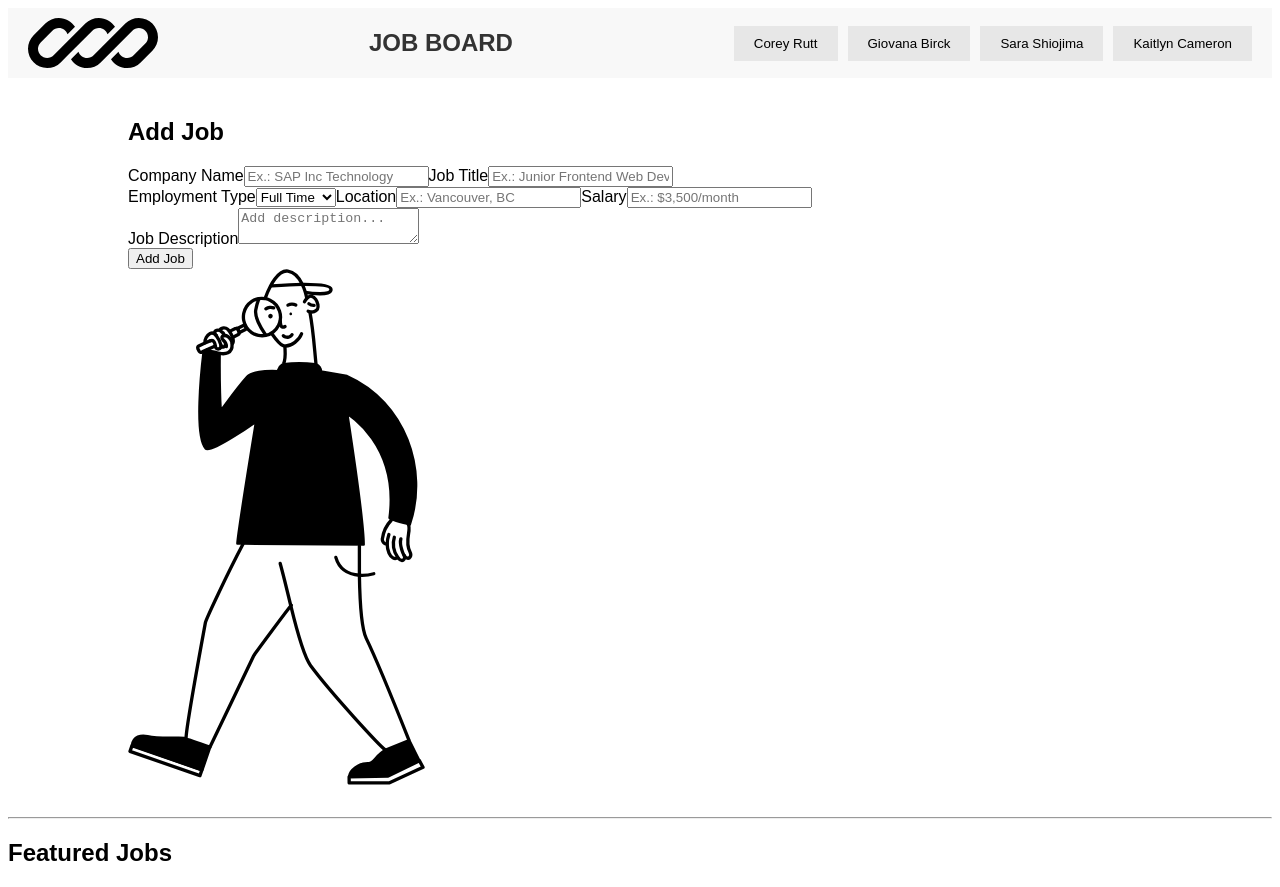
Repository: kcameron37/Final-Project-FrontEnd
Page: /
The author's editor kept a copy of each file at every save. The page is drawn from the files as they stood at one save, then again after the next save.
The browser window is 1280 px wide. The pictures show the whole page.
The project was rebuilt for these pictures with package versions that can differ from the ones it lists, and the page was loaded fresh each time.

Above is the page before, as saved 2023-11-14 20:03:25.

### src/App.js
import React, { useState } from 'react';

import styles from './styles.css';

import JobList from './components/JobList.js';
import AddJob from './components/AddJob.js';
import NavBar from './components/NavBar.js';


export default function App() {
  const [jobs, setJobs] = useState([]);

  const addJob = (job) => {
    setJobs([...jobs, job]);
  };

  const deleteJob = (index) => {
    const newJobs = jobs.filter((_, idx) => idx !== index);
    setJobs(newJobs);
  };

  return (
    <div className="App">
      <NavBar />
      <AddJob addJob={addJob} />
      <JobList jobs={jobs} deleteJob={deleteJob} />
    </div>
  );
}

### src/styles.css
.App {
  font-family: 'Rubik', sans-serif;
}

### src/components/JobList.js
import React from 'react';

export default function JobList({ jobs, deleteJob }) {
  return (
    <div>
      <hr />
      <h2>Featured Jobs</h2>
      {
        jobs.map((job, index) => (
          <div key={index} className="job-item">
            <h3>{job.jobTitle}</h3>
            <button onClick={() => console.log('Make Edit Do Something')}>Edit</button>
            <button onClick={() => deleteJob(index)}>Delete</button>
            <p>{job.companyName} • {job.employment} • {job.location} • {job.salary}</p>
            <p>{job.description}</p>
            <hr />
          </div>
        ))
      }
    </div>
  );
}

### src/components/AddJob.js
import React, { useState } from 'react';
import styles from './addJob.module.css';


export default function AddJob({ addJob }) {

    const [job, setJob] = useState({
        companyName: '',
        jobTitle: '',
        employment: 'Full Time',
        location: '',
        salary: '',
        description: ''
    });

    const handleSubmit = (e) => {
        e.preventDefault();
        addJob(job);
        setJob({ companyName: '', jobTitle: '', employment: 'Full Time', location: '', salary: '', description: '' });
    }

    const handleChange = (e) => {
        setJob({ ...job, [e.target.name]: e.target.value });
    };

    return (
        <form onSubmit={handleSubmit} className={styles.formContainer}>
            <h2>Add Job</h2>
            <div>
                <label>Company Name</label>
                <input
                    type="text"
                    name="companyName"
                    value={job.companyName}
                    onChange={handleChange}
                    placeholder="Ex.: SAP Inc Technology"
                />

                <label>Job Title</label>
                <input
                    type="text"
                    name="jobTitle"
                    value={job.jobTitle}
                    onChange={handleChange}
                    placeholder="Ex.: Junior Frontend Web Developer"
                />
            </div>

            <div>
                <label>Employment Type</label>
                <select name="employment" value={job.employment} onChange={handleChange}>
                    <option value="Full Time">Full Time</option>
                    <option value="Part Time">Part Time</option>
                </select>

                <label>Location</label>
                <input
                    type="text"
                    name="location"
                    value={job.location}
                    onChange={handleChange}
                    placeholder="Ex.: Vancouver, BC"
                />

                <label>Salary</label>
                <input
                    type="text"
                    name="salary"
                    value={job.salary}
                    onChange={handleChange}
                    placeholder="Ex.: $3,500/month"
                />
            </div>

            <div>
                <label>Job Description</label>
                <textarea
                    name="description"
                    value={job.description}
                    onChange={handleChange}
                    placeholder="Add description..."
                />
            </div>
            <button type="submit">Add Job</button>

            <div>
                <img src="/images/man.svg" alt="Logo" />
            </div>
        </form>
    );
}

### src/components/NavBar.js
import React from 'react';
import styles from './navBar.module.css';

export default function NavBar() {
    return (
        <div className={styles.navBar}>
            <img src="/images/logo.svg" alt="Logo" />
            <h2>JOB BOARD</h2>
            <div>
                <button>Corey Rutt</button>
                <button>Giovana Birck</button>
                <button>Sara Shiojima</button>
                <button>Kaitlyn Cameron</button>
            </div>
        </div>
    );
}

### src/components/addJob.module.css
.formContainer {
    max-width: 80vw;
    margin: 0 auto;
    padding: 20px;
    font-family: 'Rubik', sans-serif; /* Assuming you've imported the Rubik font as mentioned earlier */
}

### src/components/navBar.module.css
.navBar {
    background-color: #f8f8f8;
    padding: 10px 20px;
    display: flex;
    align-items: center;
    justify-content: space-between;
  }

  .navBar img {
    height: 50px;
  }

  .navBar h2 {
    margin: 0;
    padding: 0;
    font-size: 24px;
    color: #333;
  }

  .navBar button {
    background-color: #e7e7e7;
    border: none;
    padding: 10px 20px;
    margin-left: 10px;
    cursor: pointer;
    transition: background-color 0.3s;
  }

  .navBar button:hover {
    background-color: #d7d7d7;
  }

Loaded but not shown: public/index.html (common file); src/index.js (common file)

After the next save:
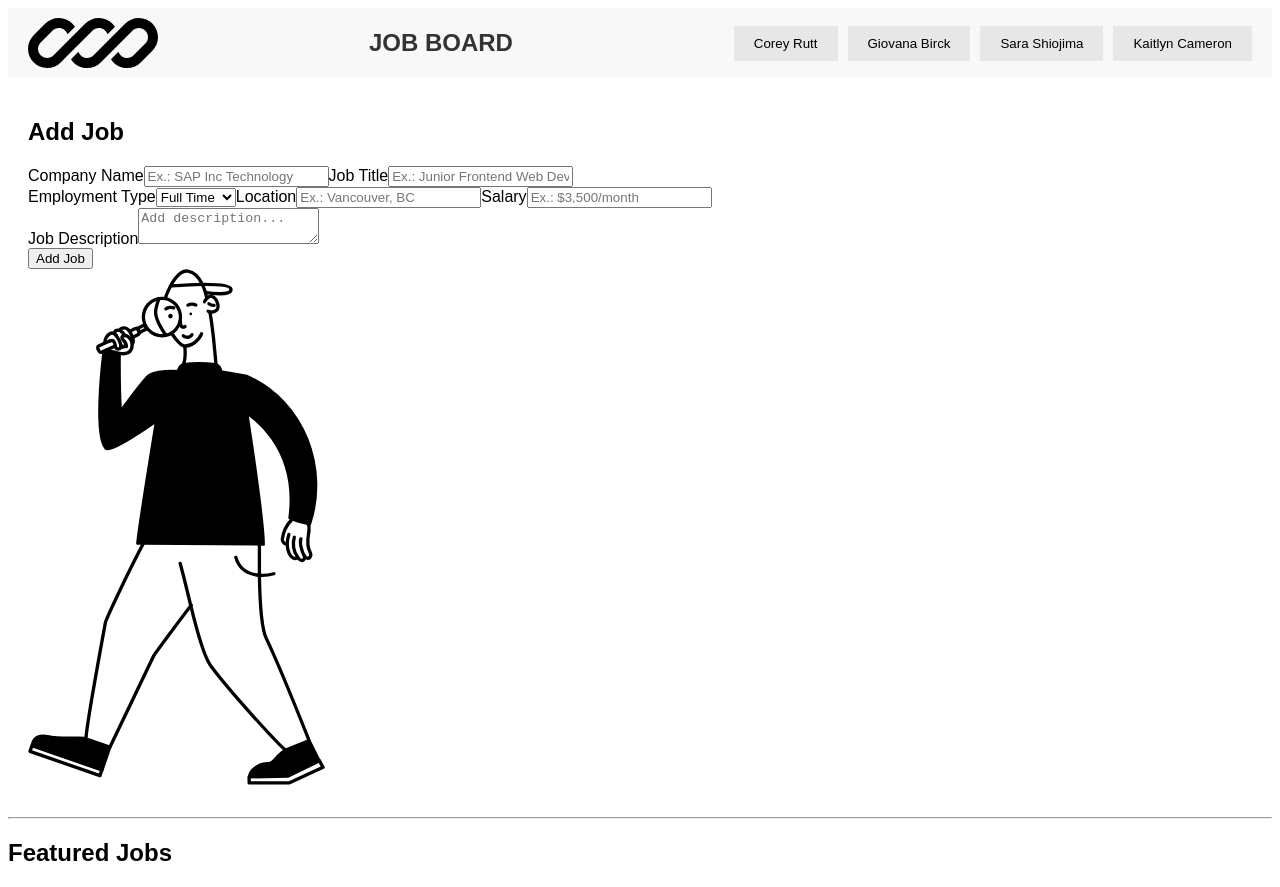
Saved 12 s later.
--- a/src/components/addJob.module.css
+++ b/src/components/addJob.module.css
@@ -1,5 +1,5 @@
 .formContainer {
-    max-width: 80vw;
+    max-width: 100vw;
     margin: 0 auto;
     padding: 20px;
     font-family: 'Rubik', sans-serif; /* Assuming you've imported the Rubik font as mentioned earlier */
